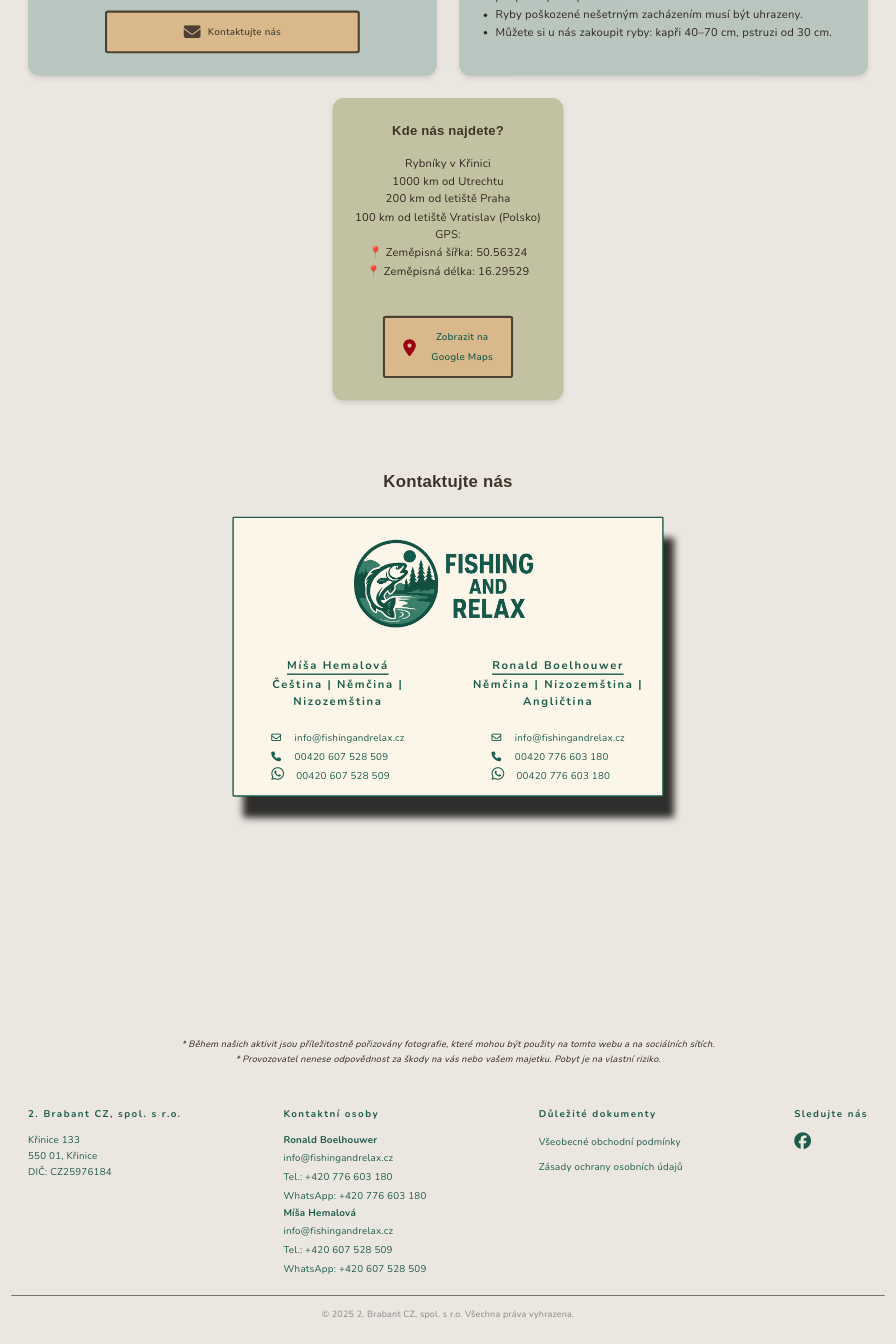
Repository: DanielleFiene/FishingAndRelax
Page: cz/rybareni.html
These files come from the project's save history. The page is drawn as it stood at one moment and after the next save; the edit follows.
The browser window is 1280 px wide. The pictures show the part of the page from y = 2223 to 4143 px (the page is 4143 px tall), at 70% of full size.
Some web fonts or font styles are not loaded; a fallback is used. Some web libraries are served in a nearby version.

Above is the page before, as saved 2025-07-21 13:02:57.

### cz/rybareni.html
<!DOCTYPE html>
<html lang="cs">
<head>
    <meta charset="UTF-8">
    <meta name="viewport" content="width=device-width, initial-scale=1.0">
    <meta http-equiv="X-UA-Compatible" content="ie=edge">
    <meta name="author" content="Danielle Fiene">
    <meta name="description" content="Rybaření a odpočinek u přírodních rybníků v České republice s hostiteli, kteří mluví německy, anglicky, česky a nizozemsky.">
    <meta name="keywords" content="přírodní rybníky Česká republika, rybolov kaprů, pstruhový rybolov, dovolená v přírodě, ubytování, dovolená Česko, přírodní pobyty, rybářská dovolená, rodinné ubytování, soukromé rybníky, víkendové pobyty Česko, ubytování pro rodiny, chaty, apartmány Česko">
    <link rel="apple-touch-icon" sizes="180x180" href="">
    <link rel="icon" type="image/png" sizes="32x32" href="">
    <link rel="icon" type="image/png" sizes="16x16" href="">
    <script src="https://kit.fontawesome.com/56e9e1144f.js" crossorigin="anonymous"></script>
    <link href="../resources/CSS/normalize.css" rel="stylesheet" type="text/css">
    <link rel="stylesheet" href="../resources/CSS/styleVissen.css" type="text/css">
    <title>FishingAndRelax.cz | Rybolov a přírodní pobyty v České republice</title>
</head>

<body>
    <main>
<header class="header" id="header">
  <nav class="nav container">
    <div class="nav__left">
      <div class="nav__logo">
          <a href="./index.html" class="logo-link"><img src="../resources/Images/logo/final rechthoek.png" alt="Logo Fishing And Relax.cz" class="logo"></a>
      </div>
    </div>

    <div class="nav__center">
      <div class="nav__hamburger" id="hamburger-icon">
        <i class="fas fa-bars"></i>
      </div>

      <div class="nav__menu" id="nav-menu">
        <ul class="nav__list">
          <li class="nav__item"><a href="./rybareni.html" class="nav__link">Rybaření</a></li>
          <li class="nav__item"><a href="./relaks.html" class="nav__link">Odpočinek</a></li>
          <li class="nav__item"><a href="./novinky.html" class="nav__link">Novinky a aktualizace</a></li>
          <li class="nav__item"><a href="./ceny.html" class="nav__link">Ceny a podmínky</a></li>
          <li class="nav__item"><a href="./kontakt.html" class="nav__link">Kontakt</a></li>
        </ul>
      </div>
    </div>

    <div class="nav__right">
      <div class="nav__flags">
        <a href="../en/index.html" class="lang-option"><img src="../resources/Images/Flag_of_the_United_Kingdom.svg.webp" alt="English"></a>
        <a href="../cz/index.html" class="lang-option"><img src="../resources/Images/Flag_of_the_Czech_Republic.svg.png" alt="Czech"></a>
        <a href="../de/index.html" class="lang-option"><img src="../resources/Images/Flag_of_Germany.svg.png" alt="Deutsch"></a>
        <a href="../pl/index.html" class="lang-option"><img src="../resources/Images/Flag_of_Poland.svg.png" alt="Polnisch"></a>
        <a href="../nl/index.html" class="lang-option"><img src="../resources/Images/Flag_of_the_Netherlands.svg.webp" alt="Niederländisch"></a>
      </div>
    </div>
  </nav>
</header>

<section class="hero" id="hero">
  <img src="../resources/Images/Overzicht1.webp" alt="Hero afbeelding" class="hero__image" />
  <div class="hero__content container">
  </div>
</section>

<section class="start-text section" id="start-text">
  <div class="start-text__container container">
    <h2 class="start-text__title">Rybolov kaprů a pstruhů duhových</h2>
    <div class="start-text__intro">
      <p class="start-text__description">
        Lovte kapry a pstruhy v našich přírodních rybnících v České republice. Vyberte si <strong>denní, víkendovou nebo týdenní povolenku</strong>. Online objednávka není možná – prosím kontaktujte nás pro rezervaci.
      </p>
      <p class="start-text__description">
        Můžete si přinést <strong>vlastní prut</strong> nebo si ho <strong>za malý poplatek půjčit</strong>. <strong>Háčky bez protihrotu jsou povinné</strong> a respekt k přírodě i rybám je zásadní. <strong>Chyť a pusť je samozřejmě povoleno.</strong>
      </p>
      <p class="start-text__description">
        Úlovek si můžete <strong>připravit přímo na místě</strong> (poplatek za kilo/rybu). <strong>Rozdělat táborák</strong> nebo využít <strong>udírnu</strong> – vše pro opravdový outdoorový zážitek.
      </p>
      <p class="start-text__description">
        Máme otevřeno od <strong>duben do říjen</strong>, <strong>denně od 8:00 do 20:00</strong>.
      </p>
    </div>

    <div class="start-text__image-wrapper">
      <img src="../resources/Images/karper.jpg" alt="Spiegelkarpfen" class="start-text__image" />
    </div>
  </div>
</section>

<section class="viskaarten section" id="viskaarten">
  <div class="viskaarten__container container">
    <div class="viskaarten__intro">
      <h2 class="viskaarten__title">Praktické informace pro rybáře</h2>
      <p class="viskaarten__description"></p>
    </div>

<div class="viskaarten__cards grid">
  <div class="viskaarten__card">
    <h3 class="viskaarten__card-title">Ceník a informace 2025</h3>
      <ul class="viskaarten__list">
          <li><strong>Jednodenní povolenka:</strong> 250 CZK za osobu (2 pruty). Další prut: +50 CZK za osobu a den.</li>
          <li><strong>Víkendová povolenka:</strong> 450 CZK za osobu (2 pruty, sobota a neděle). Další prut: 100 CZK na celý víkend.</li>
          <li><strong>Týdenní povolenka:</strong> 1800 CZK za osobu (3 pruty). Týdenní povolenka může začít kterýkoli den v týdnu.</li>
          <li><strong>Cena za kilogram kapra:</strong> 125 CZK (délka 40 až 70 cm).</li>
          <li><strong>Cena za kilogram pstruha:</strong> 175 CZK (minimální délka 30 cm).</li>
          <li>Sezóna trvá od dubna do října.</li>
          <li>Otevírací doba denně od 08:00 do 20:00.</li>
      </ul>
    <a href="./kontakt.html" class="viskaarten__card-button" id="cardbutton" target="_blank"><i class="fa-solid fa-envelope" id="iconhome"></i>Kontaktujte nás</a>
  </div>

  <div class="viskaarten__card">
    <h3 class="viskaarten__card-title">Rybářská pravidla</h3>
    <ul class="viskaarten__list">
      <li>Nacházíte se v chráněné přírodní oblasti. Udržujte čistotu.</li>
      <li>Rybaření je povoleno s 1, 2 nebo 3 pruty podle povolení.</li>
      <li>Rybaření je povoleno pouze s háčkem bez protihrotu.</li>
      <li>U přívlače je maximální počet háčků 2.</li>
      <li>Při přívlači dodržujte vzdálenost minimálně 30 metrů od ostatních rybářů.</li>
      <li>Povinná výbava: podložka, podběrák, pean.</li>
      <li>Krmivo je povoleno pouze boilies a pelety.</li>
      <li>Při opuštění místa vytáhněte prosím pruty.</li>
      <li>Minimální vzdálenost mezi rybáři je 20 metrů, pokud provozovatel nerozhodne jinak.</li>
      <li>Provozovatel si vyhrazuje právo zakázat krmení.</li>
      <li>Ulovte-li rybu, pusťte ji zpět šetrně, zejména po delším souboji ji podpořte při odplouvání.</li>
      <li>Ryby poškozené nešetrným zacházením musí být uhrazeny.</li>
      <li>Můžete si u nás zakoupit ryby: kapři 40–70 cm, pstruzi od 30 cm.</li>
    </ul>
  </div>
</div>

<div class="viskaarten__card" id="viskaarten__locatie">
  <h3 class="viskaarten__card-title">Kde nás najdete?</h3>
  <p>Rybníky v Křinici</p>
  <p>1000 km od Utrechtu<br>200 km od letiště Praha<br>100 km od letiště Vratislav (Polsko)</p>
  <p>GPS:<br>📍 Zeměpisná šířka: 50.56324<br>📍 Zeměpisná délka: 16.29529</p><br><br>
  <a href="https://www.google.com/maps?q=50.56324319957103,16.29528621984349" target="_blank" class="viskaarten__card-button">
    <i class="fa-solid fa-map-marker-alt"></i> Zobrazit na Google Maps
  </a>
</div>
</section>

<!-- Kontakt -->
<h2 class="contact__title">Kontaktujte nás</h2>
<section class="contact container">
  <div class="contact-box">
    <img src="../resources/Images/logo/final rechthoek cropped.png" alt="Logo">

    <div class="person-cards-wrapper">
      <div class="person-card">
        <h4><span class="underline-name">Míša Hemalová</span><br> Čeština | Němčina | Nizozemština</h4>
        <div class="contact-details">
          <p><a href="mailto:info@fishingandrelax.cz"><i class="fa-regular fa-envelope logo-icon"></i> info@fishingandrelax.cz</a></p>
          <p><a href="tel:+420607528509"><i class="fa-solid fa-phone logo-icon"></i> 00420 607 528 509</a></p>
          <p><a href="https://wa.me/420607528509"><i class="fa-brands fa-whatsapp logo-icon"></i> 00420 607 528 509</a></p>
        </div>
      </div>

      <div class="person-card">
        <h4><span class="underline-name">Ronald Boelhouwer</span><br> Němčina | Nizozemština | Angličtina</h4>
        <div class="contact-details">
          <p><a href="mailto:info@fishingandrelax.cz"><i class="fa-regular fa-envelope logo-icon"></i> info@fishingandrelax.cz</a></p>
          <p><a href="tel:+420776603180"><i class="fa-solid fa-phone logo-icon"></i> 00420 776 603 180</a></p>
          <p><a href="https://wa.me/420776603180"><i class="fa-brands fa-whatsapp logo-icon"></i> 00420 776 603 180</a></p>
        </div>
      </div>
    </div>
  </div>
</section>

<div class="disclaimer">
  <div class="disclaimer__container">
<p class="disclaimer__text">
  * Během našich aktivit jsou příležitostně pořizovány fotografie, které mohou být použity na tomto webu a na sociálních sítích. <br>
  * Provozovatel nenese odpovědnost za škody na vás nebo vašem majetku. Pobyt je na vlastní riziko.
</p>
  </div>
</div>

<footer class="footer">
  <div class="footer__container container">
    <div class="footer__company">
      <h4>2. Brabant CZ, spol. s r.o.</h4>
      <p>Křinice 133</p>
      <p>550 01, Křinice</p>
      <p>DIČ: CZ25976184</p>
    </div>

    <div class="footer__contact">
      <h4>Kontaktní osoby</h4>
      <p><strong>Ronald Boelhouwer</strong><br>
        <a href="mailto:info@fishingandrelax.cz">info@fishingandrelax.cz</a><br>
        Tel.: <a href="tel:+420776603180">+420 776 603 180</a><br>
        WhatsApp: <a href="https://wa.me/420776603180" target="_blank">+420 776 603 180</a>
      </p>
      <p><strong>Míša Hemalová</strong><br>
        <a href="mailto:info@fishingandrelax.cz">info@fishingandrelax.cz</a><br>
        Tel.: <a href="tel:+420607528509">+420 607 528 509</a><br>
        WhatsApp: <a href="https://wa.me/420607528509" target="_blank">+420 607 528 509</a>
      </p>
    </div>

    <div class="footer__links">
      <h4>Důležité dokumenty</h4>
      <ul>
        <li><a href="../resources/PDF/general-conditions-cs.pdf" target="_blank" rel="noopener noreferrer">Všeobecné obchodní podmínky</a></li>
        <li><a href="../resources/PDF/privacy-policy-cs.pdf" target="_blank" rel="noopener noreferrer">Zásady ochrany osobních údajů</a></li>
      </ul>
    </div>

    <div class="footer__social">
      <h4>Sledujte nás</h4>
      <a href="https://facebook.com/share/1BcMVMxNSM/?mibexid=wwXlfr" target="_blank" rel="noopener noreferrer" aria-label="Facebook">
        <i class="fa-brands fa-facebook"></i>
      </a>
    </div>
  </div>

  <div class="footer__copyright">
    <p>&copy; 2025 2. Brabant CZ, spol. s r.o. Všechna práva vyhrazena.</p>
  </div>
</footer>

<script src="../resources/JS/hamburger.js"></script>
</body>
</html>

Loaded but not shown: resources/CSS/normalize.css (library); resources/JS/hamburger.js (15 lines, source omitted); resources/CSS/styleVissen.css (991 lines, source omitted)

After the next save:
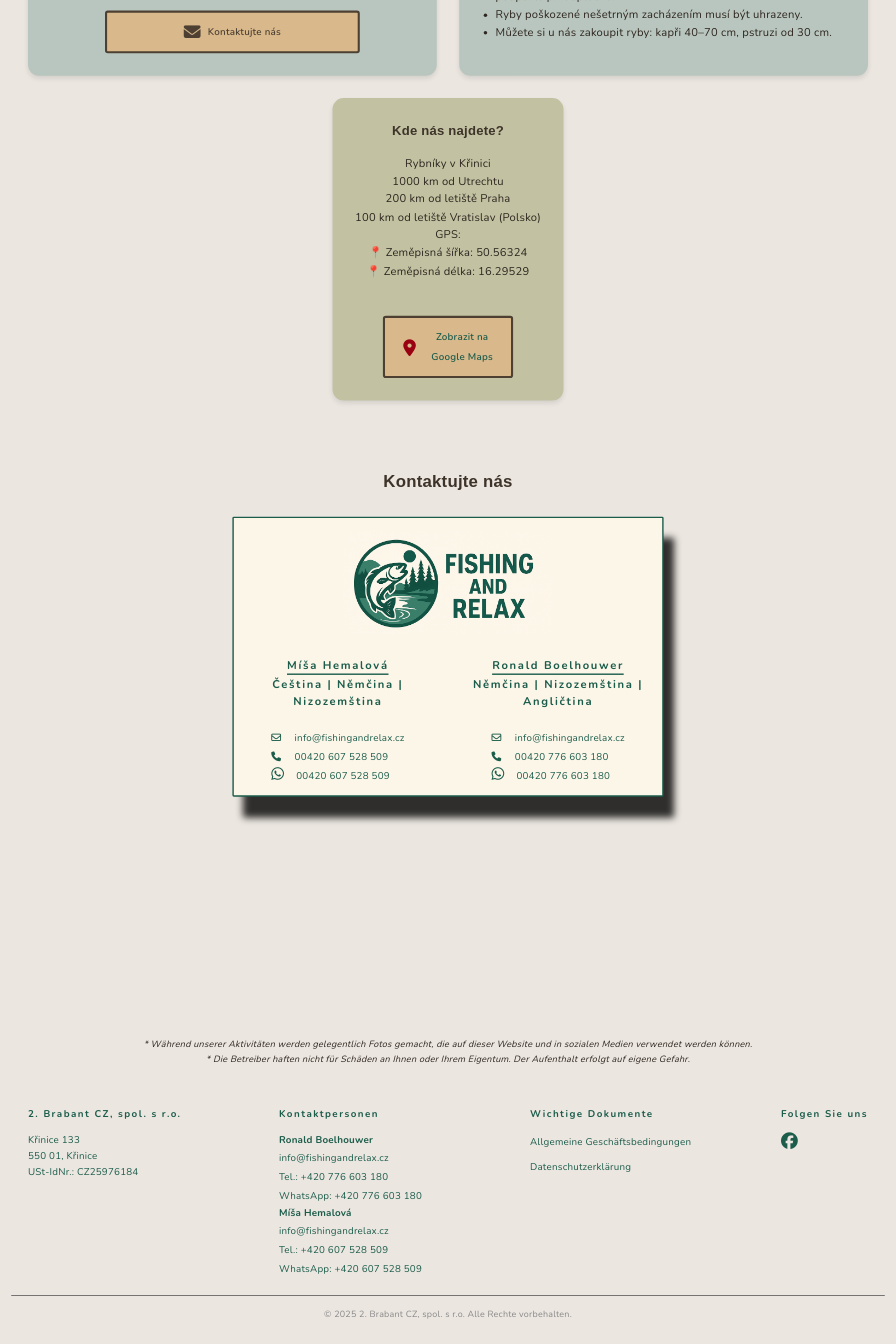
Saved 41 s later.
--- a/cz/rybareni.html
+++ b/cz/rybareni.html
@@ -165,26 +165,28 @@
   </div>
 </section>
 
+<!--=====================Disclaimer fotos maken===================-->
 <div class="disclaimer">
   <div class="disclaimer__container">
 <p class="disclaimer__text">
-  * Během našich aktivit jsou příležitostně pořizovány fotografie, které mohou být použity na tomto webu a na sociálních sítích. <br>
-  * Provozovatel nenese odpovědnost za škody na vás nebo vašem majetku. Pobyt je na vlastní riziko.
+  * Während unserer Aktivitäten werden gelegentlich Fotos gemacht, die auf dieser Website und in sozialen Medien verwendet werden können. <br>
+  * Die Betreiber haften nicht für Schäden an Ihnen oder Ihrem Eigentum. Der Aufenthalt erfolgt auf eigene Gefahr.
 </p>
   </div>
 </div>
 
+<!-- Footer -->
 <footer class="footer">
   <div class="footer__container container">
     <div class="footer__company">
       <h4>2. Brabant CZ, spol. s r.o.</h4>
       <p>Křinice 133</p>
       <p>550 01, Křinice</p>
-      <p>DIČ: CZ25976184</p>
+      <p>USt-IdNr.: CZ25976184</p>
     </div>
 
     <div class="footer__contact">
-      <h4>Kontaktní osoby</h4>
+      <h4>Kontaktpersonen</h4>
       <p><strong>Ronald Boelhouwer</strong><br>
         <a href="mailto:info@fishingandrelax.cz">info@fishingandrelax.cz</a><br>
         Tel.: <a href="tel:+420776603180">+420 776 603 180</a><br>
@@ -198,15 +200,15 @@
     </div>
 
     <div class="footer__links">
-      <h4>Důležité dokumenty</h4>
+      <h4>Wichtige Dokumente</h4>
       <ul>
-        <li><a href="../resources/PDF/general-conditions-cs.pdf" target="_blank" rel="noopener noreferrer">Všeobecné obchodní podmínky</a></li>
-        <li><a href="../resources/PDF/privacy-policy-cs.pdf" target="_blank" rel="noopener noreferrer">Zásady ochrany osobních údajů</a></li>
+        <li><a href="../resources/PDF/general-conditions-cs.pdf" target="_blank" rel="noopener noreferrer">Allgemeine Geschäftsbedingungen</a></li>
+        <li><a href="../resources/PDF/Privacy policy 2.0 CS.pdf" target="_blank" rel="noopener noreferrer">Datenschutzerklärung</a></li>
       </ul>
     </div>
 
     <div class="footer__social">
-      <h4>Sledujte nás</h4>
+      <h4>Folgen Sie uns</h4>
       <a href="https://facebook.com/share/1BcMVMxNSM/?mibexid=wwXlfr" target="_blank" rel="noopener noreferrer" aria-label="Facebook">
         <i class="fa-brands fa-facebook"></i>
       </a>
@@ -214,9 +216,10 @@
   </div>
 
   <div class="footer__copyright">
-    <p>&copy; 2025 2. Brabant CZ, spol. s r.o. Všechna práva vyhrazena.</p>
+    <p>&copy; 2025 2. Brabant CZ, spol. s r.o. Alle Rechte vorbehalten.</p>
   </div>
 </footer>
+</div>
 
 <script src="../resources/JS/hamburger.js"></script>
 </body>
